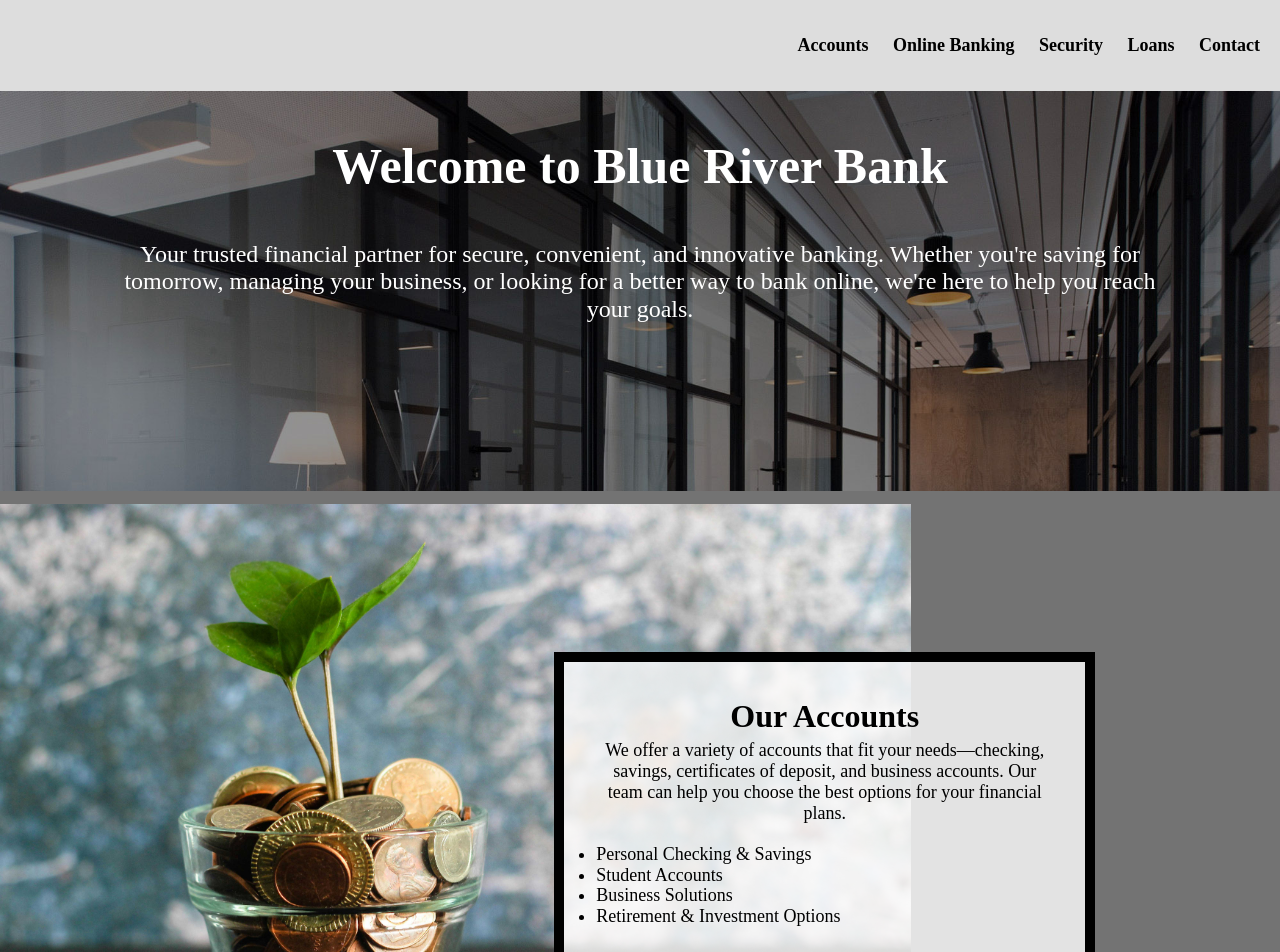
Repository: SylviaTingUM/hw3-w26
Page: bank.html
These files come from the project's save history. The page is drawn as it stood at one moment and after the next save; the edit follows.
The browser window is 1280 px wide. The pictures show the part of the page from y = 0 to 952 px (the page is 3812 px tall).
Backgrounds fixed to the window are drawn as part of the page.

Above is the page before, as saved 2026-02-07 15:06:26.

After the next save:
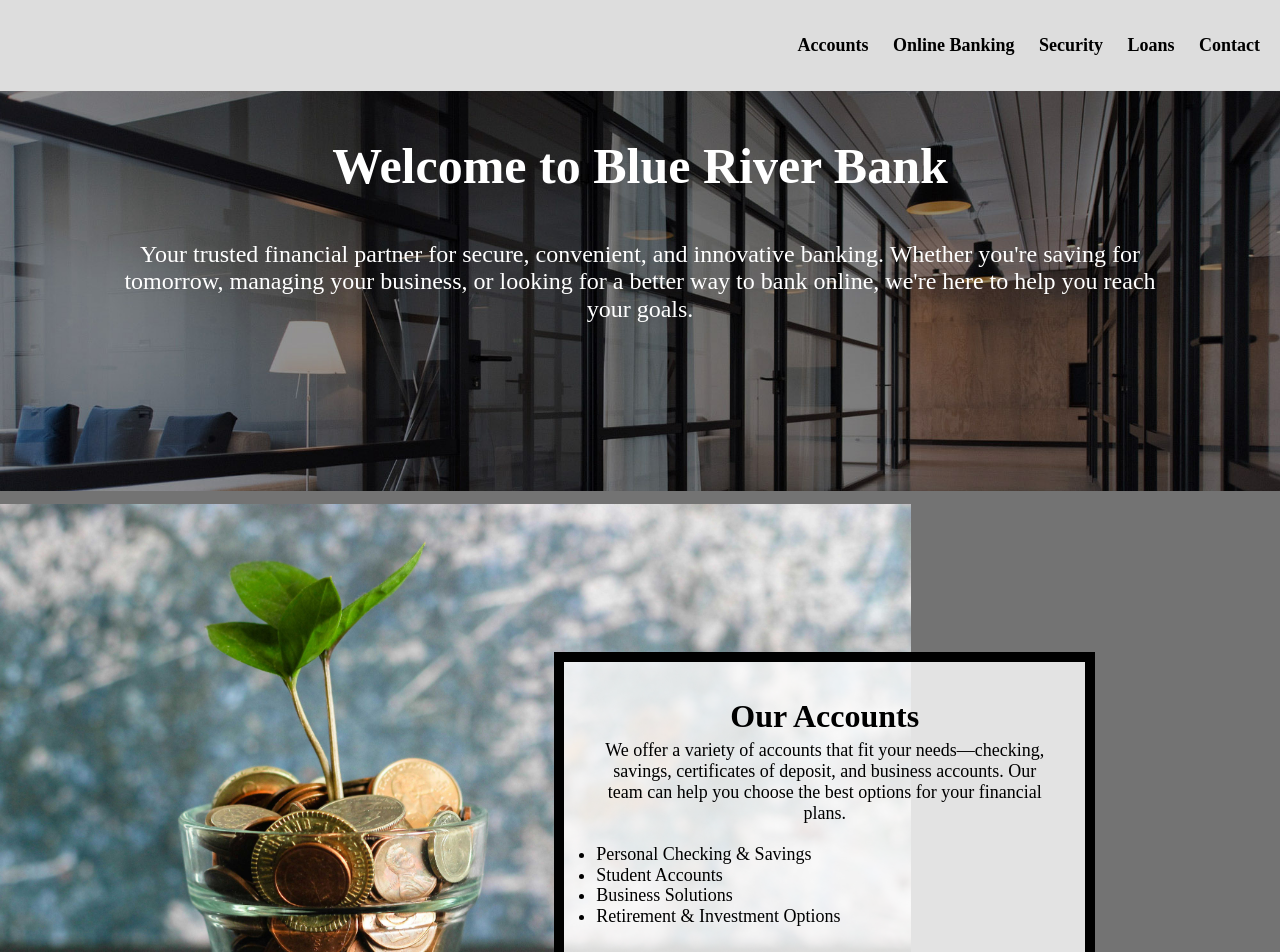
Saved 2 min 58 s later.
--- a/css/style.css
+++ b/css/style.css
@@ -65,7 +65,7 @@
      grid-column: 1 / -1;
      background-image: url('../images/header.jpg');
      background-size: cover;
-     background-position: top center;
+     background-position: 50% 20%;
      background-repeat: no-repeat;
      background-attachment: fixed;
 }
